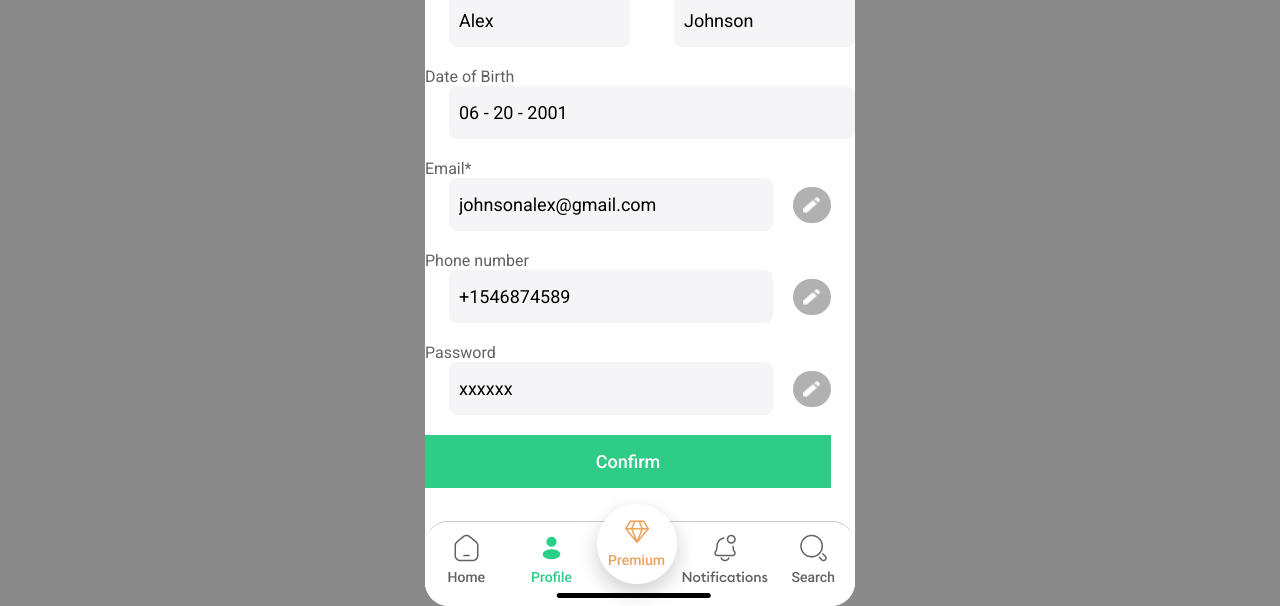
Repository: AytacSafarova/Task-figma-ui
Page: index.html
The author's editor kept a copy of each file at every save. The page is drawn from the files as they stood at one save, then again after a run of saves.
The browser window is 1280 px wide. The pictures show the part of the page from y = 300 to 906 px (the page is 906 px tall).

Above is the page before, as saved 2023-02-25 17:53:36.

### index.html
<html lang="en">
  <head>
    <meta charset="UTF-8" />
    <meta http-equiv="X-UA-Compatible" content="IE=edge" />
    <meta name="viewport" content="width=device-width, initial-scale=1.0" />
    <link rel="stylesheet" href="./index.css" />
    <title>Document</title>
  </head>
  <body>
    <div>
    <div class="container">
      <header>
        <svg
          xmlns="http://www.w3.org/2000/svg"
          width="50"
          height="50"
          fill="white"
          class="bi bi-arrow-left"
          viewBox="0 0 16 16"
        >
          <path
            fill-rule="evenodd"
            d="M15 8a.5.5 0 0 0-.5-.5H2.707l3.147-3.146a.5.5 0 1 0-.708-.708l-4 4a.5.5 0 0 0 0 .708l4 4a.5.5 0 0 0 .708-.708L2.707 8.5H14.5A.5.5 0 0 0 15 8z"
          />
        </svg>
        <div>
          <img
            class="avatar"
            src="https://s3-alpha-sig.figma.com/img/2959/89d1/9399ddb7918787ce231f61f9f97ea15b?Expires=1678060800&Signature=C0xFk0h0GI2fI57mIl2Cuhcw9C9DeaDP8Xh22a-eODWN7iSqePwfoeLfXFsw~IB6Ese5ln8LiVrVlhaY3yw~d8Dm6ruKjnM3KalJKEl13uGPoxsW6VkIzsV~XGqpju7Iyb1xsyMSHtG8yI6VMWldnPCjpLq92sj6Axz7ZpRXlxPBoNRbvPcvU~Vd5l8kXx2V67k-gkfoVdUzlOFqDgxw~hcIze3XfzWbqXykXSXDit76bF9ITX6K0DEPn6dScwHg04R4zd5oQMKrY6wMr5HT8-IYTkAgJ6ccXmgX1W4cQ6nlwhDqtiKcVc9BA8viMZhZ9Cu2cURa-73BLVnzPjvjhw__&Key-Pair-Id=APKAQ4GOSFWCVNEHN3O4"
            alt=""
          />
          <div class="circle">
            <img class="vector" src="./images/Vector (1).svg" alt="" />
          </div>
        </div>
        <h1>Alex Johnson</h1>
      </header>
      <div class="main" >
        <form action="">
            <div class="form_title collaj">
              <div class="name">
                <label> First Name </label>

                <input type="text" value="Alex" name="name" />
              </div>
              <div>
                <label> Last Name </label>

                <input type="text" value="Johnson" name="name" />
              </div>
            </div>
            <div class="collaj">
              <label> Date of Birth </label>

              <input type="text" value="06 - 20 - 2001" name="name" />
            </div>
            <div class="collaj">


                    <div class="inputLabel collaj">
                <label> Email* </label>
                <div class="iconCollaj">

                <input type="email" value="johnsonalex@gmail.com" name="name" />
            <div class="circle">
                <img class="vector" src="./images/Vector.png" alt="" />
              </div>
              </div>
            </div>

            <div class="inputLabel collaj">
                <label> Phone number </label>
                <div class="iconCollaj">

                <input type="text" value="+1546874589" name="name" />
            <div class="circle">
                <img class="vector" src="./images/Vector.png" alt="" />
              </div>
              </div>
            </div>

            <div class="inputLabel collaj">
                <label> Password </label>
                <div class="iconCollaj">

                <input type="email" value="xxxxxx" name="name" />
            <div class="circle">
                <img class="vector" src="./images/Vector.png" alt="" />
              </div>
              </div>
            </div>
    <button type="submit">Confirm</button>

          </form>
          <footer>
            <img src="./images/Frame 631814.png" alt="">
             </footer>
      </div>

    </div>

</div>

  </body>
</html>

### index.css
@import url("https://fonts.googleapis.com/css2?family=Roboto:wght@500&display=swap");
@import url("https://fonts.googleapis.com/css2?family=Roboto:wght@400;500&display=swap");
* {
  margin: 0;
  padding: 0;
  box-sizing: border-box;
  font-family: Roboto;
}

body {
  background-color: #8a8a8a;
}
.container {
  width: 430px;
  height: 300px;
  margin: auto;
  border-radius: 24px;
  background: url("https://s3-alpha-sig.figma.com/img/57b8/21bf/6524281b206b72b0a1e17ab08fcf408b?Expires=1678060800&Signature=dZr-K2lwCE5Ckigf8QIxtUhl4TSk0ueejeN7rzCABBnDdToaoYx6nvx2pfkPRKs3~RrBl3GVAyqyEErQNYz-m44bJhV8wbvuoMJ49wxPzzn9-0Sgw35hLz0NSfZkSt4I9YBHM~4CtEH9RewWUhYXG7wU~Q673cPwz~8AbHmEhhuf-W5gD7fRQ91oeiRSaWbOoqbtEVegcvQSyFqxg~x0XWy320~T2FflFitpdu8m3Dna8qcPfX-R6h4CRemO9pB3ltmRu5sw~9qQqcKZLnXpAYFp~rEi~s35MusP6q3sR1inW15SvQsk31uTd5wMDaGITWMuBbP8cCNfFlhLJKeYrA__&Key-Pair-Id=APKAQ4GOSFWCVNEHN3O4");
}
header {
  padding-top: 37px;
  padding-left: 10px;
}
.avatar {
  width: 90px;
  height: 90px;
  border-radius: 50%;
  object-fit: fill;
}
.circle {
  width: 37.95px;
  height: 36px;

  border-radius: 24px;
  padding: 10px;
  background-color: #b1b1b1;
}
.vector {
  width: 17.95px;
  height: 16px;
}
h1 {
  font-family: Roboto;
  font-size: 24px;
  line-height: 28px;
  letter-spacing: 1%;
  color: #ffffff;
  text-align: center;
}

form {
  border-radius: 24px;
  background-color: #ffffff;
  padding-top: 34px;
  /* padding-left: 24px; */
  padding-right: 24px;
}
.form_title {
  display: flex;
}
.form_title input {
  width: 181px;
  height: 53px;
}
input {
  background-color: #f5f5f7;
    margin-left: 24px;

  width: 100%;
  padding-top: 16px;
  padding-bottom: 16px;
  padding-left: 10px;
  border: none;
  border-radius: 8px;
  font-weight: 400;
  color: #000000;
  font-size: 18px;
}
label {
  display: block;
  color: #616161;
}
.name {
  margin-right: 20px;
}
.collaj {
  margin-bottom: 20px;
}
.iconCollaj {
  display: flex;
}
.iconCollaj .circle {
  margin: auto;
  margin-left: 20px;
}
.inputLabel input {
  width: 337px;
  height: 53px;
}

button {
  background-color: #2fcc87;
  width: 100%;
  padding-top: 16px;
  padding-bottom: 16px;
  text-align: center;
  color: #ffffff;
  font-size: 18px;
  border: none;
  font-family: Roboto;
  font-weight: 500;
}

After the next 2 saves:
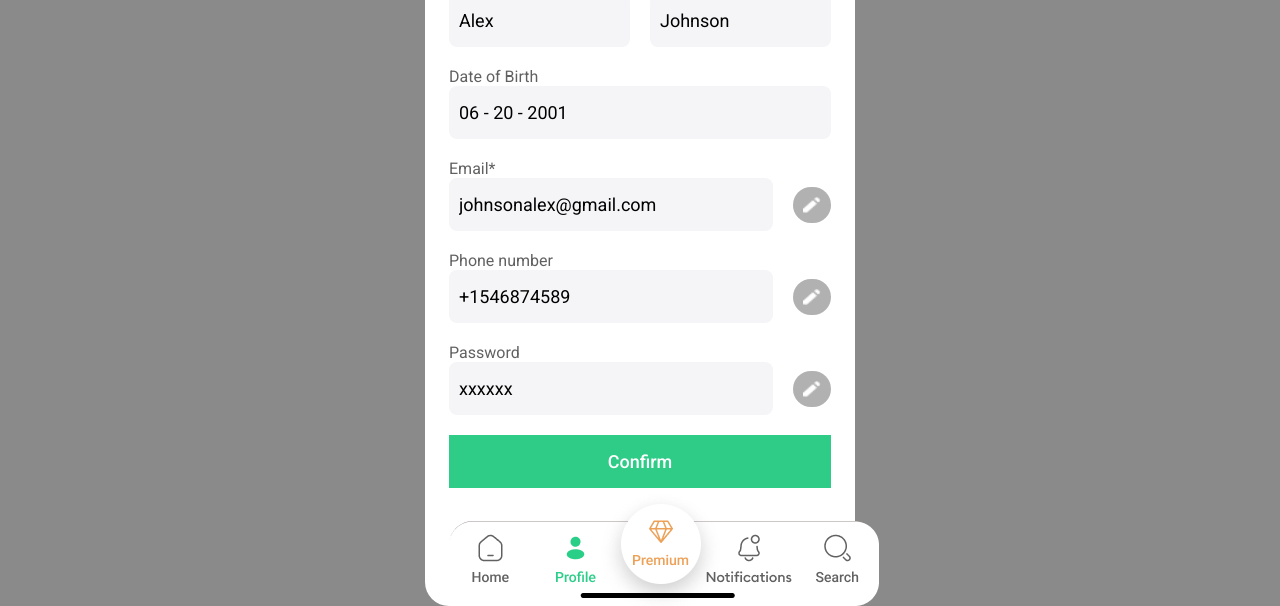
The 2 saves are shown as one change because they came seconds apart.
The last was saved 13 s later.
--- a/index.css
+++ b/index.css
@@ -52,7 +52,7 @@ form {
   border-radius: 24px;
   background-color: #ffffff;
   padding-top: 34px;
-  /* padding-left: 24px; */
+  padding-left: 24px;
   padding-right: 24px;
 }
 .form_title {
@@ -64,7 +64,6 @@ form {
 }
 input {
   background-color: #f5f5f7;
-    margin-left: 24px;
 
   width: 100%;
   padding-top: 16px;
